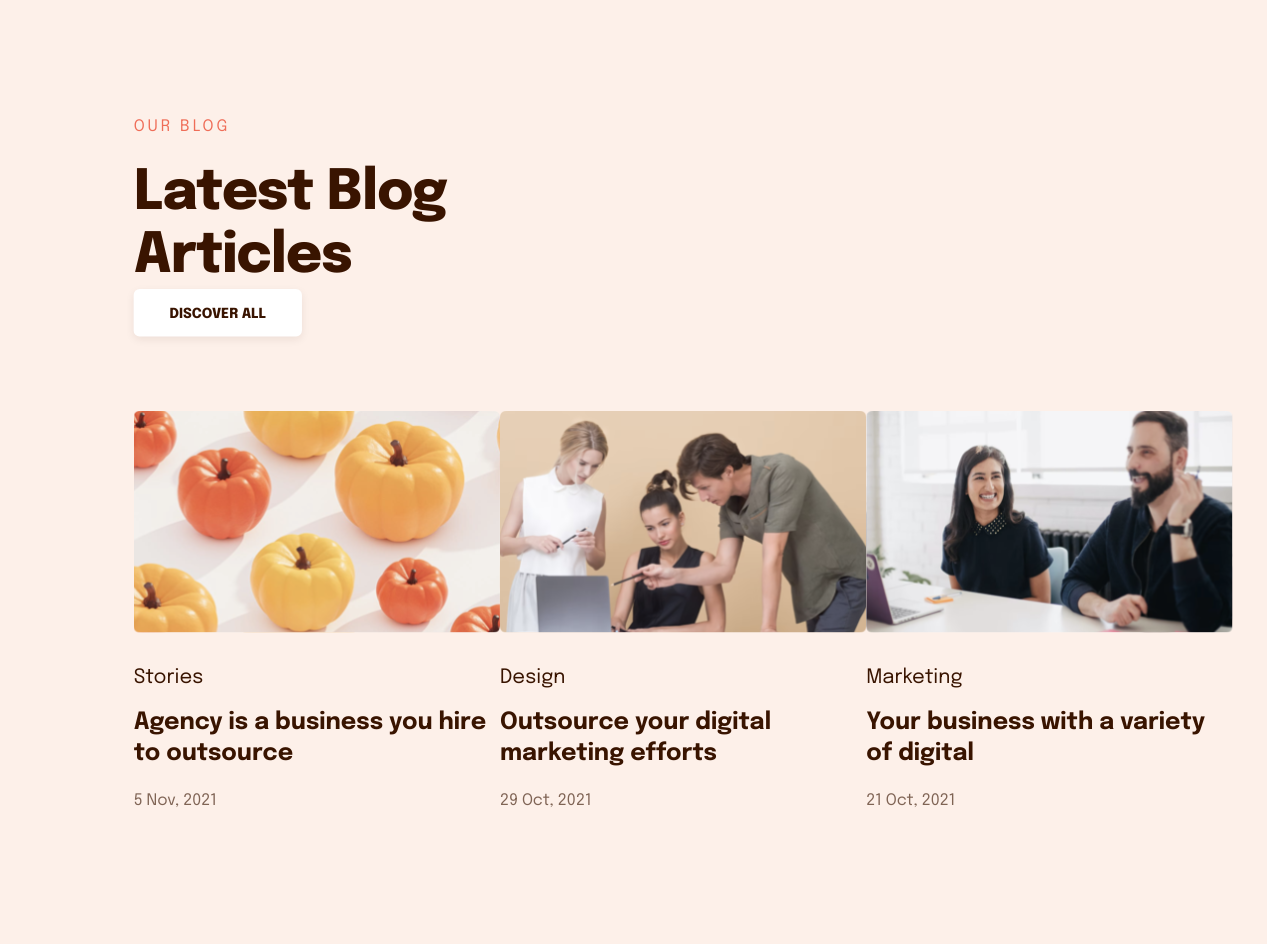
Repository: qafqazly123/websayt-1
Page: blogPage/index.html
The author's editor kept a copy of each file at every save. The page is drawn from the files as they stood at one save, then again after the next save.
The browser window is 1280 px wide. The pictures show the whole page, at 99% of full size.

Above is the page before, as saved 2023-12-19 15:20:20.

### blogPage/index.html
<!DOCTYPE html>
<html lang="en">
<head>
    <meta charset="UTF-8">
    <meta name="viewport" content="width=device-width, initial-scale=1.0">
    <title>Document</title>
 <link rel="stylesheet" href="index.css">
</head>
<body>
    <div class="container">
        <div class="text">
            <div class="collaj">
            <div class="text-box">
                <h4>Our Blog</h4>
                <h1>Latest Blog <br>
                    Articles</h1>
            </div>
                    <button>
                        <a href="#">Discover All</a>
                    </button>
            </div>

                <div class="img-container">
                    <ul>
                        <li>
                            <img src="../images/Bitmap (4).svg" alt="">
                            <h5>Stories</h5>
                            <h3>Agency is a business you hire to outsource</h3>
                            <p>5 Nov, 2021</p>
                        </li>
                        <li>
                            <img src="../images/Bitmap (5).svg" alt="">
                            <h5>Design</h5>
                            <h3>Outsource your digital marketing efforts</h3>
                            <p>29 Oct, 2021</p>
                        </li>
                        <li>
                            <img src="../images/Bitmap (6).svg" alt="">
                            <h5>Marketing</h5>
                            <h3>Your business with a variety of digital</h3>
                            <p>21 Oct, 2021</p>
                        </li>
                    </ul>
                </div>
        </div>
    </div>
</body>
</html>

### blogPage/index.css
@import url('https://fonts.googleapis.com/css2?family=Epilogue:wght@400;700;800&display=swap');
*{
    margin: 0px;
    padding: 0px;
    box-sizing: border-box;
}
.container{
    padding: 112px 135px 129px 135px;
    background-color: #FDF0E9;

}
.text h4{
    color: var(--Text_Dark_Accent, #EF6D58);
font-feature-settings: 'clig' off, 'liga' off;

/* H5 */
font-family: Epilogue;
font-size: 16px;
font-style: normal;
font-weight: 400;
line-height: 32px; /* 200% */
letter-spacing: 3px;
text-transform: uppercase;
}
.text h1{
    margin-top: 20px;
    color: var(--Text_Dark, #391400);
font-feature-settings: 'clig' off, 'liga' off;

/* H2 */
font-family: Epilogue;
font-size: 56px;
font-style: normal;
font-weight: 800;
line-height: 64px; /* 114.286% */
letter-spacing: -1px;
}

li{
    list-style-type: none;
    margin-top: 75px;
}
ul{
    display: flex;
    justify-content: space-between;
    align-items: center;
}

li h5{
    margin-top: 26px;
    color: var(--Text_Dark, #391400);
font-feature-settings: 'clig' off, 'liga' off;

/* Text_Big */
font-family: Epilogue;
font-size: 20px;
font-style: normal;
font-weight: 400;
line-height: 32px; /* 160% */
}
li h3{
    margin-top: 13px;
    color: var(--Text_Dark, #391400);
font-feature-settings: 'clig' off, 'liga' off;

/* H4 */
font-family: Epilogue;
font-size: 24px;
font-style: normal;
font-weight: 700;
line-height: 32px; /* 133.333% */
}
li p{
    margin-top: 15px;
    color: var(--Text_Dark_Gray, rgba(57, 20, 0, 0.64));
font-feature-settings: 'clig' off, 'liga' off;

/* Text */
font-family: Epilogue;
font-size: 16px;
font-style: normal;
font-weight: 400;
line-height: 32px; /* 200% */
}
button{
    width: 170px;
height: 48px;
border-radius: 6px;
border: none;
background: #FFF;
box-shadow: 0px 3px 9px 0px rgba(57, 20, 0, 0.08);
}
button a{
    color: #391400;
text-align: center;
font-family: Epilogue;
font-size: 14px;
font-style: normal;
font-weight: 900;
line-height: normal;
text-transform: uppercase;
text-decoration: none;
}

After the next save:
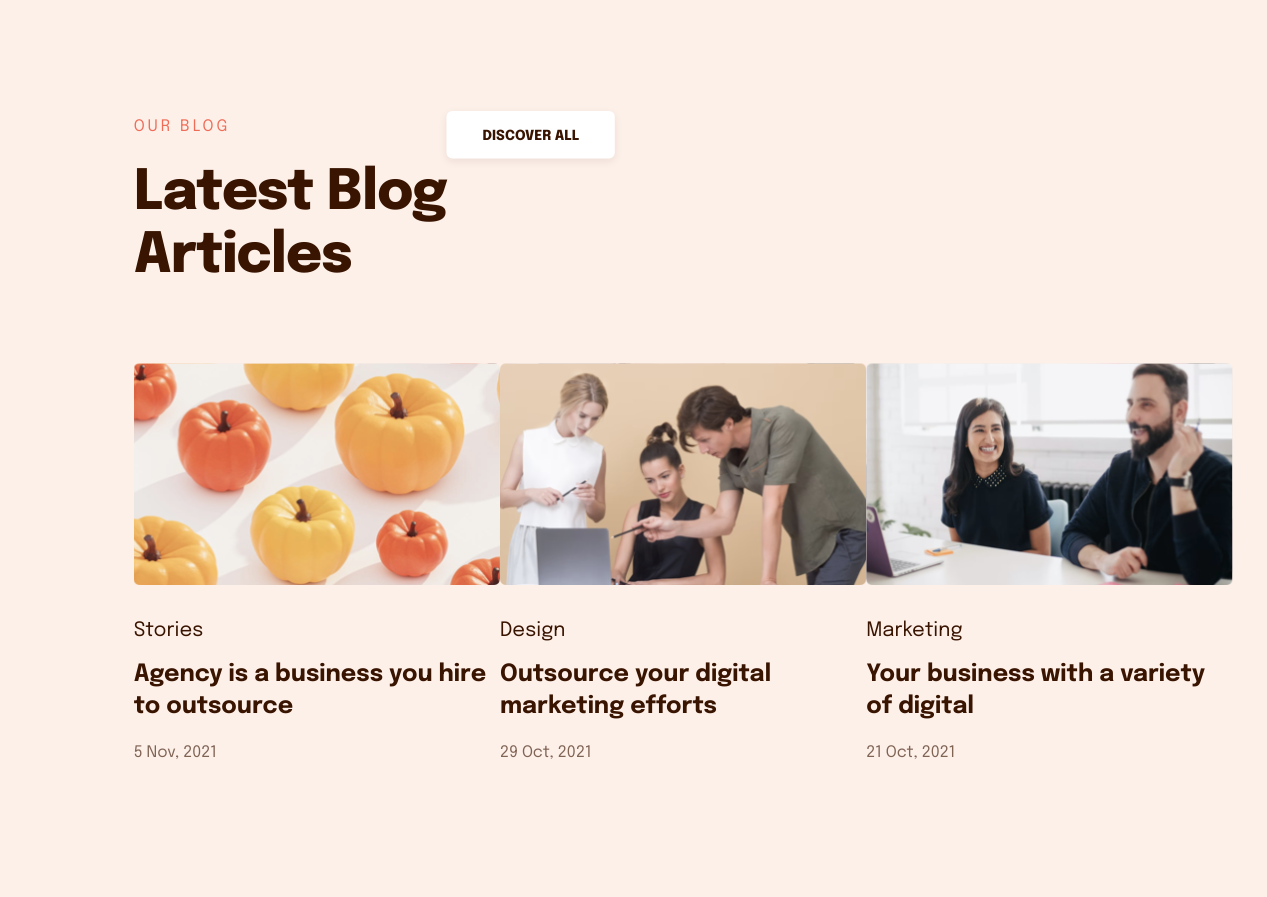
Saved 13 s later.
--- a/blogPage/index.css
+++ b/blogPage/index.css
@@ -8,6 +8,9 @@
     padding: 112px 135px 129px 135px;
     background-color: #FDF0E9;
 
+}
+.collaj{
+    display: flex;
 }
 .text h4{
     color: var(--Text_Dark_Accent, #EF6D58);
